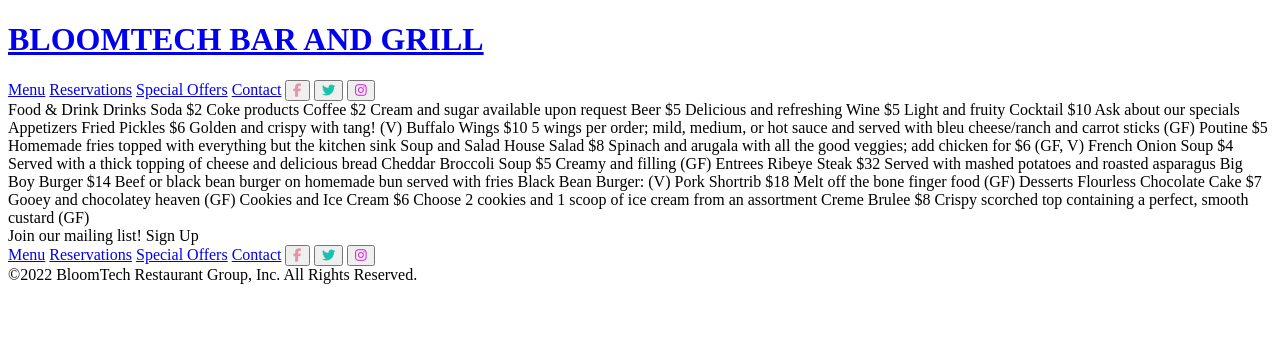
Repository: yoshimario/web-sprint-challenge-user-interface-responsive-design
Page: menu.html
An editor plug-in stored every save of this project. The page is shown before and after the next save, followed by the edit.
The browser window is 1280 px wide. The pictures show the whole page.
Some web libraries are served in a nearby version.

Above is the page before, as saved 2023-06-11 00:21:38.

After the next save:
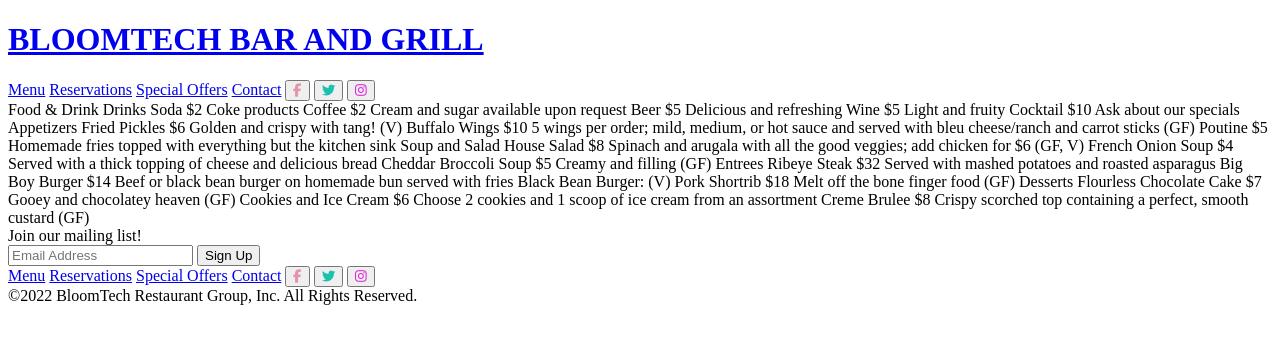
Saved 14 s later.
--- a/menu.html
+++ b/menu.html
@@ -124,8 +124,9 @@
         <!-- footer -->
         <footer>
             <!-- email signup -->
-            Join our mailing list!
-            Sign Up
+            Join our mailing list!<br>
+            <input placeholder="Email Address">
+            <button>Sign Up</button>
             <!-- nav -->
             <nav>
                 <a href="menu.html">Menu</a>
